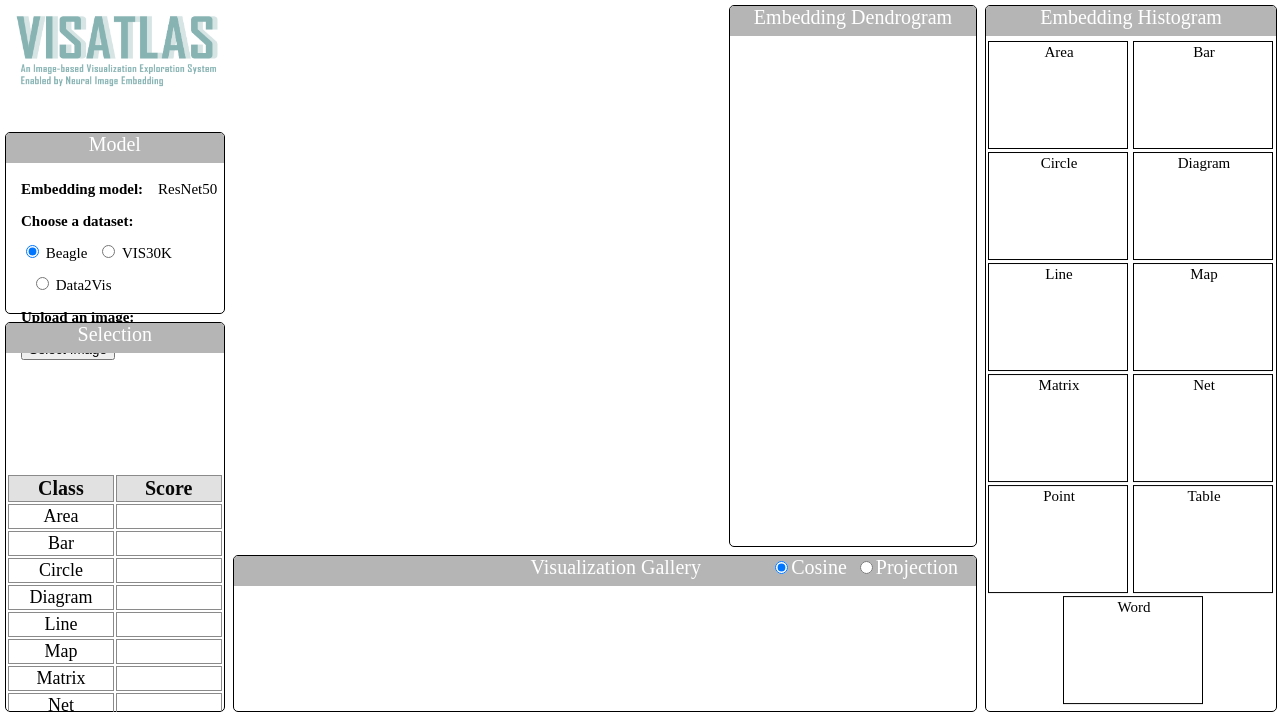
Repository: yilinye/AI_and_human_paintings
Page: / (app in VIS4AI_art/Frontend/)
The author's editor kept a copy of each file at every save. The page is drawn from the files as they stood at one save, then again after the next save.
The browser window is 1280 px wide. The pictures show the whole page.
The page's requests for data from a server got no answer. The project was rebuilt for these pictures with package versions that can differ from the ones it lists, and the page was loaded fresh each time. No one was signed in, and anything a server would have sent is missing. Also part of the build but not shown: VIS4AI_art/Frontend/vite.config.js, VIS4AI_art/Frontend/vue.config.js, VIS4AI_art/Frontend/src/components/WelcomeItem.vue, VIS4AI_art/Frontend/src/components/icons/IconDocumentation.vue, VIS4AI_art/Frontend/src/components/icons/IconTooling.vue, VIS4AI_art/Frontend/src/components/icons/IconEcosystem.vue, VIS4AI_art/Frontend/src/components/icons/IconCommunity.vue, VIS4AI_art/Frontend/src/components/icons/IconSupport.vue and 2 more.

Above is the page before, as saved 2022-04-30 00:15:13.

After the next save:
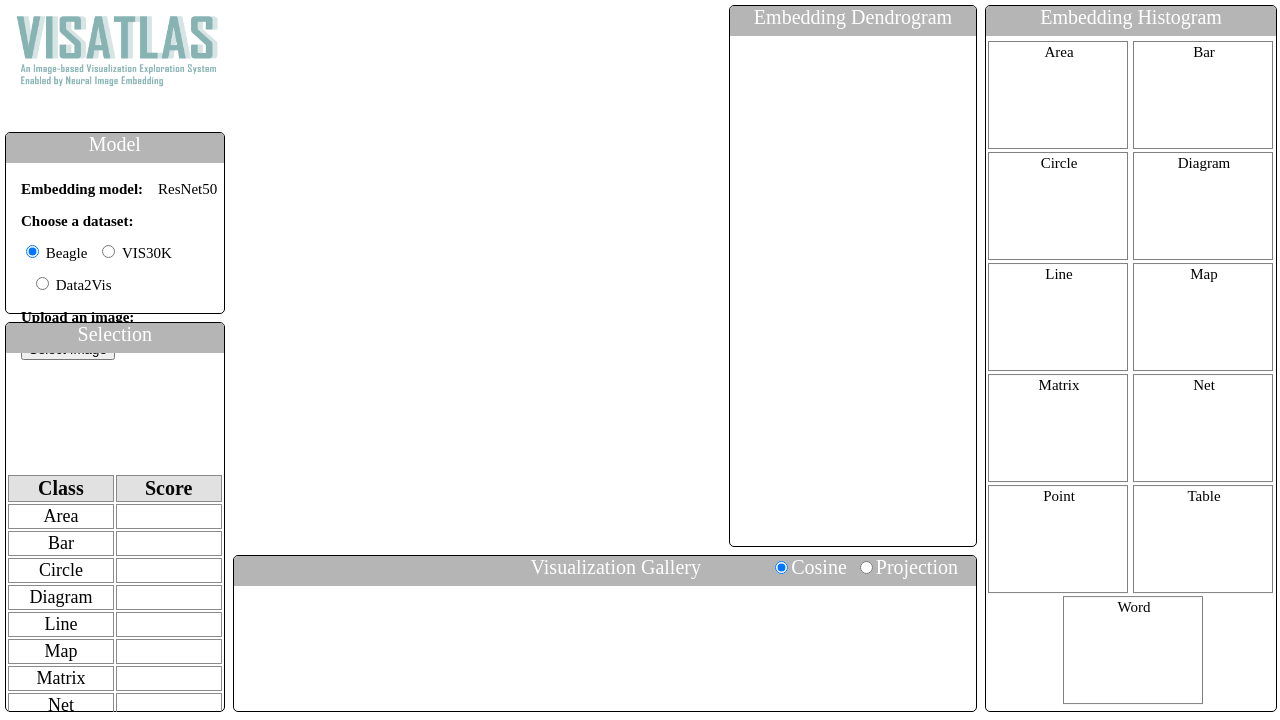
Saved 20 h 53 min later.
--- a/VIS4AI_art/Frontend/src/components/histogramView.vue
+++ b/VIS4AI_art/Frontend/src/components/histogramView.vue
@@ -1,6 +1,6 @@
 <!--
  * @Author: Qing Shi
- * @LastEditTime: 2022-04-28 12:13:18
+ * @LastEditTime: 2022-04-30 21:09:09
  * @Knowledge:
  * @Description:
  * @Attention:
@@ -15,7 +15,7 @@
         v-for="(ty, index) in typeName"
         :key="ty"
         :id="'His' + ty"
-        v-bind:style="{ border: 'solid 1px', width: wd, height:hs, position: 'absolute', left: '2px', transform: 'translate(' + (index == 10 ? 'calc(50% + 5px)' : index % 2 ? 'calc(100% + 5px)' : '0') + ',' + 'calc(' + ((Math.floor(index / 2)) * 100) + '% + ' + ((Math.floor(index / 2)) * 3) + 'px' + ' + 5px)' + ')' }"
+        v-bind:style="{ border: 'solid 1px rgba(0, 0, 0, 0.5)', width: wd, height:hs, position: 'absolute', left: '2px', transform: 'translate(' + (index == 10 ? 'calc(50% + 5px)' : index % 2 ? 'calc(100% + 5px)' : '0') + ',' + 'calc(' + ((Math.floor(index / 2)) * 100) + '% + ' + ((Math.floor(index / 2)) * 3) + 'px' + ' + 5px)' + ')' }"
       >
 
       </div>
@@ -37,7 +37,15 @@ export default {
       this.createSVG(d);
     })
 
+
     this.drawHistogram(this.fileP.filePath, this.typeName);
+    // watch window size
+    this.screenWidth = document.body.clientWidth
+    window.onresize = () => {   //屏幕尺寸变化就重新赋值
+      return (() => {
+        this.screenWidth = document.body.clientWidth
+      })()
+    }
   },
   data () {
     return {
@@ -45,6 +53,7 @@ export default {
       typeName: ["Area", "Bar", "Circle", "Diagram", "Line", "Map", "Matrix", "Net", "Point", "Table", "Word"],
       hs: "calc(16.6% - 11px)",
       wd: "calc(50% - 7px)",
+      screenWidth: null,  //屏幕尺寸
       selectType: '',
       xAxis: undefined,
       yAxis: {},
@@ -58,13 +67,8 @@ export default {
 
     };
   },
-  inject: ['fileP'], // get file path from visView.vue
+  inject: ['fileP'],
   methods: {
-    /**
-     * @description: create svg for every histogram
-     * @param {*} hisType Feature
-     * @return {*}
-     */
     createSVG: function (hisType) {
       d3.select("#" + hisType + 'Svg').remove();
       const hisHeight = document.getElementById(('His' + hisType)).offsetHeight;
@@ -122,12 +126,6 @@ export default {
         })
       });
     },
-    /**
-     * @description: draw bar charts and x/y axises
-     * @param {Array} hisData bar chart data
-     * @param {String} hisType Feature
-     * @return {*}
-     */
     drawRectAndAxis: function (hisData, hisType) {
       // remove old View
       d3.select("#his_rect_g_" + hisType).remove();
@@ -143,7 +141,7 @@ export default {
 
       const xAxis = d3.scaleLinear()
         .domain([0.1, 1.0])
-        .range([0, this.hisWidth - 45])
+        .range([0, this.hisWidth - 60])
       const yAxis = d3.scaleLinear()
         .domain([0, d3.max(hisArray)])
         .range([this.hisHeight - 42, 0]);
@@ -158,7 +156,7 @@ export default {
         .append('rect')
         .attr("dmax", d3.max(hisArray))
         .attr('x', (d, i) => {
-          return this.xAxis((i + 1) / 10) + 35 + 5;
+          return this.xAxis((i + 1) / 10) + 45 + 5;
         })
         .attr('y', (d, i) => {
           return this.yAxis[hisType](d) + 20;
@@ -171,17 +169,11 @@ export default {
       // draw Axis
       his_g.append('g')
         .call(d3.axisBottom(xAxis).ticks(5))
-        .attr("transform", `translate(${35}, ${this.hisHeight - 22})`);
+        .attr("transform", `translate(${45}, ${this.hisHeight - 22})`);
       his_g.append('g')
         .call(d3.axisLeft(yAxis).ticks(5))
-        .attr("transform", `translate(${35}, ${20})`);
-    },
-    /**
-     * @description: draw bar charts which be select. I draw them without height. When I select some data, I will change the height of them.
-     * @param {*} hisData bar chart data
-     * @param {*} hisType Feature
-     * @return {*}
-     */
+        .attr("transform", `translate(${45}, ${20})`);
+    },
     drawSelectRect: function (hisData, hisType) {
       // remove old View
       d3.select("#his_sel_g_" + hisType).remove();
@@ -206,7 +198,7 @@ export default {
           return "sel" + hisType + (i + 1);
         })
         .attr('x', (d, i) => {
-          return this.xAxis((i + 1) / 10) + 40;
+          return this.xAxis((i + 1) / 10) + 45 + 5;
         })
         .attr('y', (d, i) => {
           return this.hisHeight - 20;
@@ -217,12 +209,6 @@ export default {
         .attr('width', 10)
         .attr('fill', "orange");
     },
-    /**
-     * @description: a brush. Select areas in the bar chart
-     * @param {*} hisData bar chart data
-     * @param {*} hisType Feature
-     * @return {*}
-     */
     RectBrush (hisData, hisType) {
       let _this = this;
       const hisArray = new Array();
@@ -269,19 +255,20 @@ export default {
           let levelType = undefined;
           let pidScatter = {};
 
-        let filePath = _this.fileP.filePath;
-        if (filePath[13] == 'B') {
-          levelType = _this.levelCluster["Beagle"];
-        }
-
-        if (filePath[13] == 'V') {
-          levelType = _this.levelCluster["VIS"];
-        }
-
-        if (filePath[13] == 'D') {
-          levelType = _this.levelCluster["Data"];
-        }
+          let filePath = _this.fileP.filePath;
+          if (filePath[13] == 'B') {
+            levelType = _this.levelCluster["Beagle"];
+          }
+
+          if (filePath[13] == 'v') {
+            levelType = _this.levelCluster["VIS"];
+          }
+
+          if (filePath[13] == 'd') {
+            levelType = _this.levelCluster["Data"];
+          }
           let treeCnt = {};
+          console.log(levelType);
           levelType.forEach(d => {
             treeCnt[d.toLowerCase()] = {
               value: 0,
@@ -295,7 +282,7 @@ export default {
               selectData[d][i] = { cnt: 0 };
           })
           for (let i = 0; i < 9; ++i) {
-            if (x0 < _this.xAxis((i + 1) / 10) + 40 + 6 && _this.xAxis((i + 1) / 10) + 40 + 6 < x1) {
+            if (x0 < _this.xAxis((i + 1) / 10) + 45 + 5 && _this.xAxis((i + 1) / 10) + 45 + 5 < x1) {
               hisData[i + 1].items.forEach(d => {
                 pidScatter[d.pid] = 1;
                 // d3.select("#rad_cir" + d.pid).attr('opacity', 1).attr('r', 4);
@@ -340,12 +327,6 @@ export default {
         }
       }
     },
-    /**
-     * @description: update Dendrogram
-     * @param {Array} treeData data of the tree
-     * @param {Int} sumTree Number of all selected elements
-     * @return {*}
-     */
     updateTree (treeData, sumTree) {
       this.$emit('updateTree', treeData, sumTree);
     }
@@ -357,6 +338,14 @@ export default {
         this.drawHistogram(this.fileP.filePath, this.typeName);
       },
       deep: true
+    },
+    screenWidth: {
+      handler (newValue, oldValue) {
+        this.typeName.forEach(d => {
+          this.createSVG(d);
+        })
+        this.drawHistogram(this.fileP.filePath, this.typeName);
+      }
     }
   }
 }
